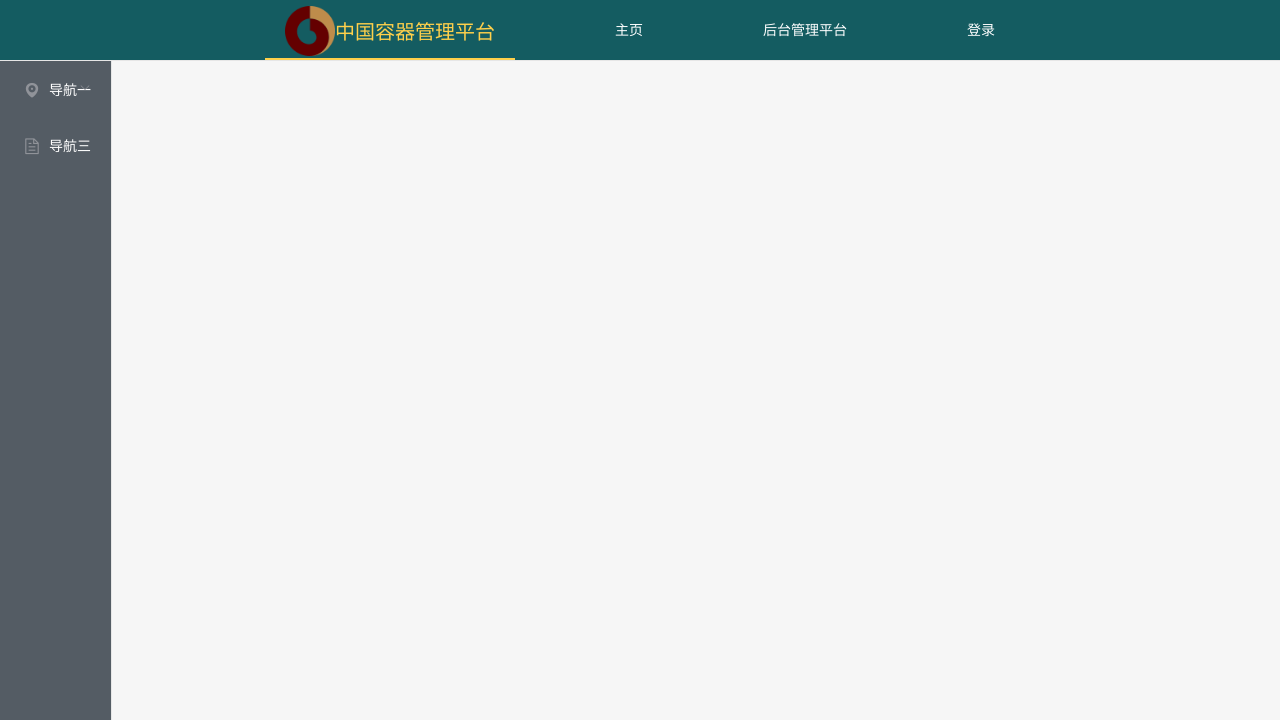
Repository: lei123zhou/zhongjin
Page: /main/management
These files come from the project's save history. The page is drawn as it stood at one moment and after the next save; the edit follows.
The browser window is 1280 px wide. The pictures show the whole page.
The project was rebuilt for these pictures with package versions that can differ from the ones it lists, and the page was loaded fresh each time. Also part of the build but not shown: vue.config.js, src/pages/management/user/UserPage.vue.

Above is the page before, as saved 2022-08-29 21:38:43.

After the next save:
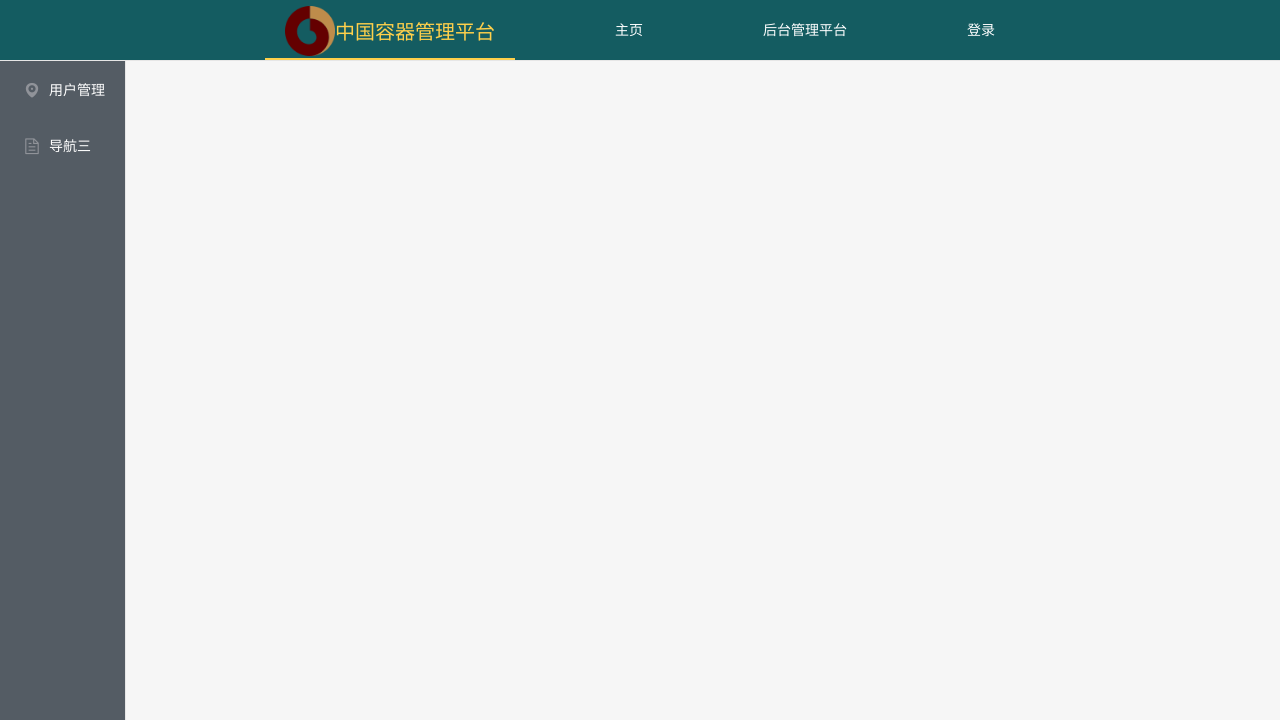
Saved 18 s later.
--- a/src/pages/management/ManagementPage.vue
+++ b/src/pages/management/ManagementPage.vue
@@ -12,7 +12,7 @@
       <el-submenu index="user">
         <template slot="title">
           <i class="el-icon-location"></i>
-          <span>导航一</span>
+          <span>用户管理</span>
         </template>
       </el-submenu>
       <el-menu-item index="3" >
